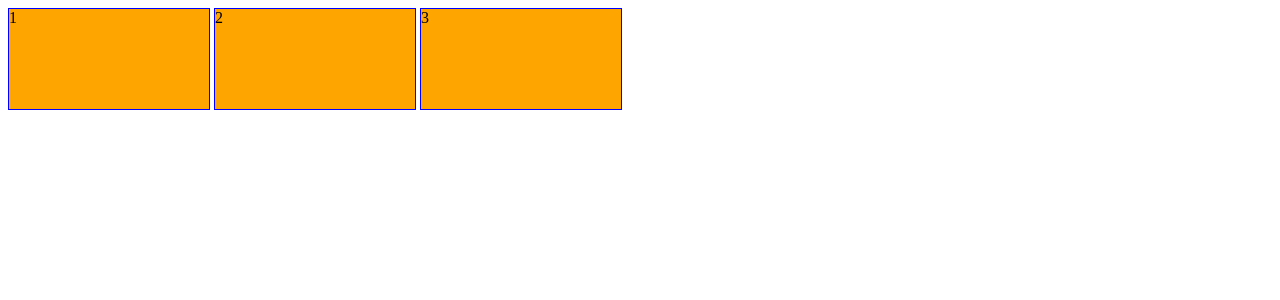
Repository: lopanghub/git_study
Page: http://localhost/JSPClassCh06/flex_layout01.jsp
The author's editor kept a copy of each file at every save. The page is drawn from the files as they stood at one save, then again after the next save.
The browser window is 1280 px wide. The pictures show the whole page.
The page is served by Tomcat 9.

Above is the page before, as saved 2024-04-09 01:16:08.

After the next save:
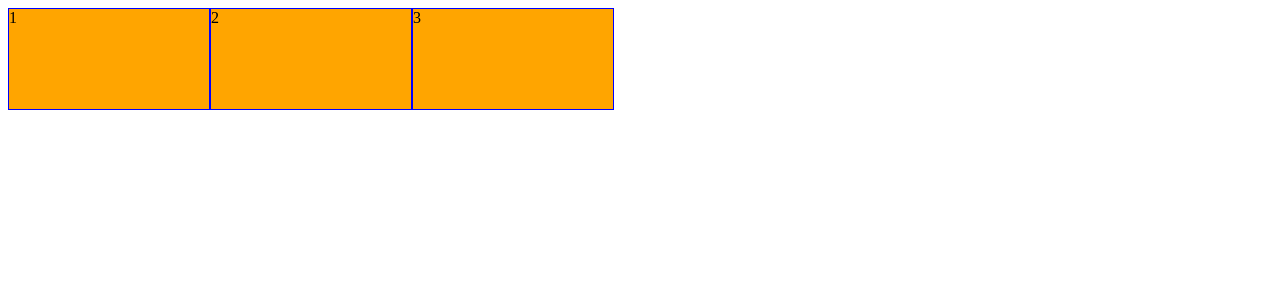
Saved 3 min 7 s later.
--- a/JSPStudy/JSPClassCh06/src/main/webapp/flex_layout01.jsp
+++ b/JSPStudy/JSPClassCh06/src/main/webapp/flex_layout01.jsp
@@ -6,8 +6,11 @@
 <meta charset="UTF-8">
 <title>Insert title here</title>
 <style>
+	#box{
+		display:flex;
+	}
 	.item{
-		display : inline-block;
+
 		border: 1px solid blue;
 		width:200px;
 		height:100px;
